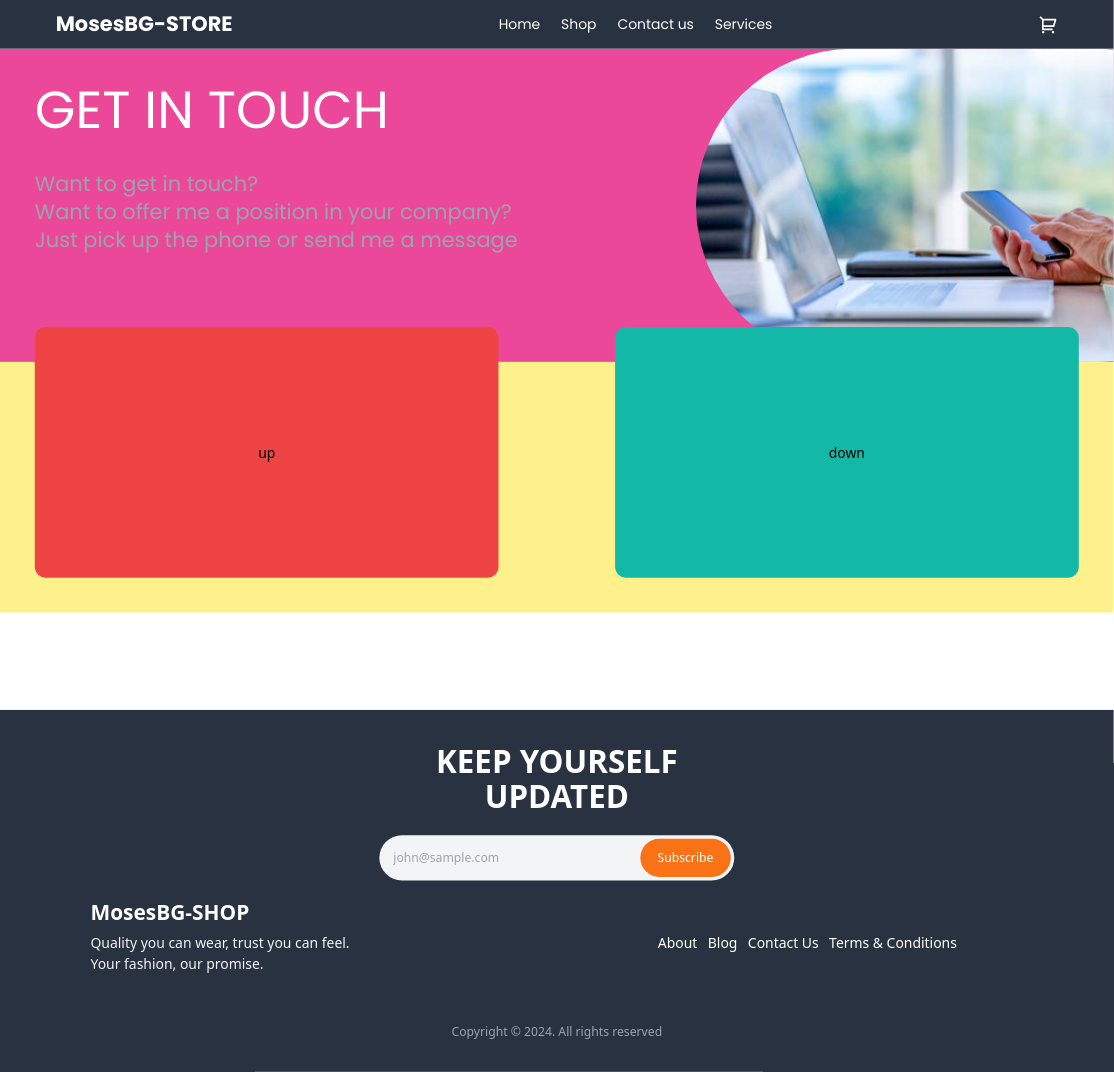
Repository: moshebengan/cart
Page: /fake-store/contact-us
The author's editor kept a copy of each file at every save. The page is drawn from the files as they stood at one save, then again after the next save.
The browser window is 1280 px wide. The pictures show the whole page, at 87% of full size.
The project was rebuilt for these pictures with package versions that can differ from the ones it lists, and the page was loaded fresh each time. Also part of the build but not shown: vite.config.js, src/components/Error.jsx, src/utils/data.js, src/utils/apiCalls.js, src/components/Loading.jsx, src/components/Products.jsx, src/pages/HomePage.jsx, src/components/EmptyCart.jsx and 4 more.

Above is the page before, as saved 2024-09-16 08:57:30.

### index.html
<!DOCTYPE html>
<html lang="en">
  <head>
    <meta charset="UTF-8" />
    <link rel="icon" type="image/svg+xml" href="/vite.svg" />
    <meta name="viewport" content="width=device-width, initial-scale=1.0" />
    <link rel="preconnect" href="https://fonts.googleapis.com" />
    <link rel="preconnect" href="https://fonts.gstatic.com" crossorigin />
    <link
      href="https://fonts.googleapis.com/css2?family=Poppins:ital,wght@0,100;0,200;0,300;0,400;0,500;0,600;0,700;0,800;0,900;1,100;1,200;1,300;1,400;1,500;1,600;1,700;1,800;1,900&display=swap"
      rel="stylesheet"
    />
    <title>MosesBG-SHOP</title>
  </head>
  <body>
    <div id="root"></div>
    <script type="module" src="/src/main.jsx"></script>
  </body>
</html>

### src/main.jsx
import { StrictMode } from 'react'
import { createRoot } from 'react-dom/client'

import './index.css'
import { createBrowserRouter, RouterProvider } from 'react-router-dom'
import routes from './routes.jsx'

const router = createBrowserRouter(routes)

createRoot(document.getElementById('root')).render(
  <StrictMode>
    <RouterProvider router={router} />
  </StrictMode>,
)

### src/index.css
@tailwind base;
@tailwind components;
@tailwind utilities;

body,
html {
  height: 100%;
  width: 100%;
}

.container {
  width: 90%;
  margin: auto;
}

### src/routes.jsx
import Error from "./components/Error";
import ContactUs from "./pages/ContactUs";
import HomePage from "./pages/HomePage";
import MyCart from "./pages/MyCart";
import NavigationBar from "./pages/NavigationBar";
import ShopPage from "./pages/ShopPage";


const routes = [
	{
		path: '/fake-store',
		element: <NavigationBar />,
		children: [
			{
				path:"home",
				element:<HomePage/>,
				errorElement: <Error/>
			},
			{ 	path: 'shop',
				 	element: <ShopPage />,
					errorElement: <Error/>

			},
			{
				path: 'cart',
				element: <MyCart />,
				errorElement: <Error/>
			},
			{
				path:'contact-us',
				element: <ContactUs/>,
				errorElement: <Error />
			}
		]

	},

];

export default routes

### src/pages/ContactUs.jsx
import Footer from "../components/Footer"


const ContactUs = () => {
  return (
    <>
    <div className="w-full h-screen flex flex-col overflow-x-hidden">
    <div className="bg-dark-blue w-full h-[50%] relative">
        <div className="h-full bg-pink-500 flex flex-col">
            <h3 className="text-white text-6xl ml-10 mt-10 font-poppins">GET IN TOUCH</h3>
            <h4 className="text-gray-400 text-2xl ml-10 mt-10 font-poppins">Want to get in touch? <br/>Want to offer me a position in your company?<br/>Just pick up the phone or send me a message</h4>
        </div>
      <img src="/public/contactus2.jpg" alt="" className="w-[50%] h-full absolute -right-40 top-0 rounded-full object-cover"  />
      </div>
      <div className="w-full h-[40%] bg-yellow-200 flex flex-row relative">
        <div className="absolute ml-10 w-5/12 h-full bg-red-500 left-0  -top-10 flex items-center justify-center rounded-xl" >up</div>
        <div className="absolute mr-10 w-5/12 h-full bg-teal-500 right-0 -top-10 flex items-center justify-center rounded-xl">down</div>
        {/* <div className="absolute -top-10 left-10 bg-yellow-300 flex-initial w-64">left</div>
        <div className="absolute -top-10 right-10 bg-pink-400 flex-initial w-32 ">right</div> */}
      </div>
      {/* <div className="bg-white w-full h-[10%]"></div> */}

    </div>

    <Footer/>

    </>
  )
}

export default ContactUs

### src/pages/NavigationBar.jsx
import { useState } from "react";
import { Link, Outlet } from "react-router-dom";
import { IoMdMenu, IoMdClose } from "react-icons/io";
import Cart from "../components/Cart";

const NavigationBar = () => {
  const [isOpen, setIsOpen] = useState(false);
  const [cartItems, setCartItems] = useState(0);

  const openNav = () => {
    setIsOpen(!isOpen);
  };

  const resetNav = () => {
    if (isOpen) setIsOpen(!isOpen);
  };

  return (
    <>
      <div className="w-full bg-dark-blue font-poppins">
        <div className="container">
          <nav className="py-3 flex justify-between items-center text-white">
            <h1 className="font-bold text-2xl">MosesBG-STORE</h1>
            <div className="hidden md:flex gap-6">
              <Link to={"/fake-store/home"}>Home</Link>
              <Link to={"/fake-store/shop"}>Shop</Link>
              <Link to={"/fake-store/contact-us"}>Contact us</Link>
              <Link>Services</Link>
            </div>
            <div className="flex flex-row items-center gap-5">
              <Cart resetNav={resetNav} items={cartItems} />
              <div className="z-50 md:hidden">
                <button className="flex items-center">
                  {isOpen ? (
                    <IoMdClose className="p1" onClick={openNav} />
                  ) : (
                    <IoMdMenu className="p1" onClick={openNav} />
                  )}
                </button>
              </div>
            </div>
          </nav>
          <div
            className={`container text-dark-blue ${
              isOpen ? "block" : "hidden"
            } `}
          >
            <div className="z-40 fixed top-0 left-0 bottom-0 w-full bg-dark-blu opacity-35"></div>
            <nav className="z-50 fixed top-0 left-0 bottom-0 flex flex-col gap-10 w-5/6 max-w-sm py-6 px-6 bg-[#F8F8F8] overflow-y-auto">
              <div>
                <h1 className="font-bold text-3xl">MosesBG-SHOP</h1>
                <hr className="h-px mt-3 bg-gray-200 border-0" />
              </div>
              <div className="flex flex-col gap-5">
                <Link
                  to={"/fake-store"}
                  className="nav-item-hover"
                  onClick={resetNav}
                >
                  Home
                </Link>
                <Link
                  to={"/fake-store/shop"}
                  className="nav-item-hover"
                  onClick={resetNav}
                >
                  Shop
                </Link>
                <Link className="nav-item-hover">Contact Us</Link>
                <Link className="nav-item-hover">Services</Link>
                <hr className="h-px mt-3 bg-gray-200 border-0" />
              </div>
            </nav>
          </div>
        </div>
      </div>
      <div className="h-screen w-auto">
        <Outlet context={[cartItems, setCartItems]} />
      </div>
    </>
  );
};

export default NavigationBar;

### src/components/Footer.jsx
import { Link } from "react-router-dom";

const Footer = () => {
  return (
    <footer className="w-full h-auto bg-dark-blue mt-10 pb-5">
      <div className="mx-auto max-w-md text-center p-5">
        <h1 className="font-bold text-4xl text-white mt-5 mb-3">
          KEEP YOURSELF UPDATED
        </h1>
        <form className="mt-6">
          <div className="relative max-w-lg">
            <label className="sr-only" htmlFor="email">
              Email
            </label>
            <input
              type="email"
              name="email"
              id="email"
              placeholder="john@sample.com"
              className="w-full rounded-full border-gray-200 bg-gray-100 p-4 pe-32 text-sm font-medium focus:outline-none"
            />
            <button className="absolute end-1 top-1/2 -translate-y-1/2 rounded-full bg-orange-500 px-5 py-3 text-sm font-medium text-white hover:bg-orange-900">
              Subscribe
            </button>
          </div>
        </form>
      </div>
      <div className="container grid grid-cols-1 text-white my-10 md:grid-cols-2">
        <div className="w-full flex flex-col px-10 md:text-left ">
          <h1 className="font-bold text-2xl mb-2">MosesBG-SHOP</h1>
          <p className="mb-4 text-base text-gray-100">
          Quality you can wear, trust you can feel. <br />
          Your fashion, our promise.
          </p>
        </div>
        <div className="w-full flex justify-center items-center gap-6 flex-wrap md:gap-3">
          <Link>About</Link>
          <Link>Blog</Link>
          <Link>Contact Us</Link>
          <Link>Terms & Conditions</Link>
        </div>
      </div>
      <p className="mt-10 mb-4 text-sm text-gray-400 text-center">
        Copyright © 2024. All rights reserved
      </p>
    </footer>
  );
};

export default Footer;

### src/components/Cart.jsx
import { RiShoppingCart2Line } from "react-icons/ri";
import { Link } from "react-router-dom";

const Cart = ({ resetNav, items }) => {
  return (
    <Link to={"/fake-store/cart"} onClick={resetNav}>
      <div className="relative">
        <RiShoppingCart2Line size={"1.4em"} />
        <span className="absolute text-xs bg-orange-500 p-0.3 px-1 text-red-50 rounded-full -top-1.5 left-4">
          {items > 0 ? items : ""}
        </span>
      </div>
    </Link>
  );
};

export default Cart;

### tailwind.config.js
/** @type {import('tailwindcss').Config} */
export default {
  content: [
    "./index.html",
    "./src/**/*.{js,ts,jsx,tsx}",
  ],
  theme: {
    fontFamily: {
      poppins: ["Poppins", "sans-serif"]
    },
    extend: {
      backgroundImage: {
        "homepage-image": "url('/public/bghomepage.jpg')",
        "homepage-darker": "url('/public/darkerbg.jpg')",
        "contact-us-image": "url('/public/contactus.jpg')"
      },
      colors: {
      "dark-blue": "#293241"
    },
    keyframes: {
      'fade-in-out': {
        '0%': { opacity: '0', transform: 'scale(0.95)' },
        '100%': { opacity: '1', transform: 'scale(1)' },
      },
    },
    animation: {
      'fade-in-out': 'fade-in-out 0.5s ease-in-out', // Customize duration and easing
    },
  }
  },
  plugins: [],
}

After the next save:
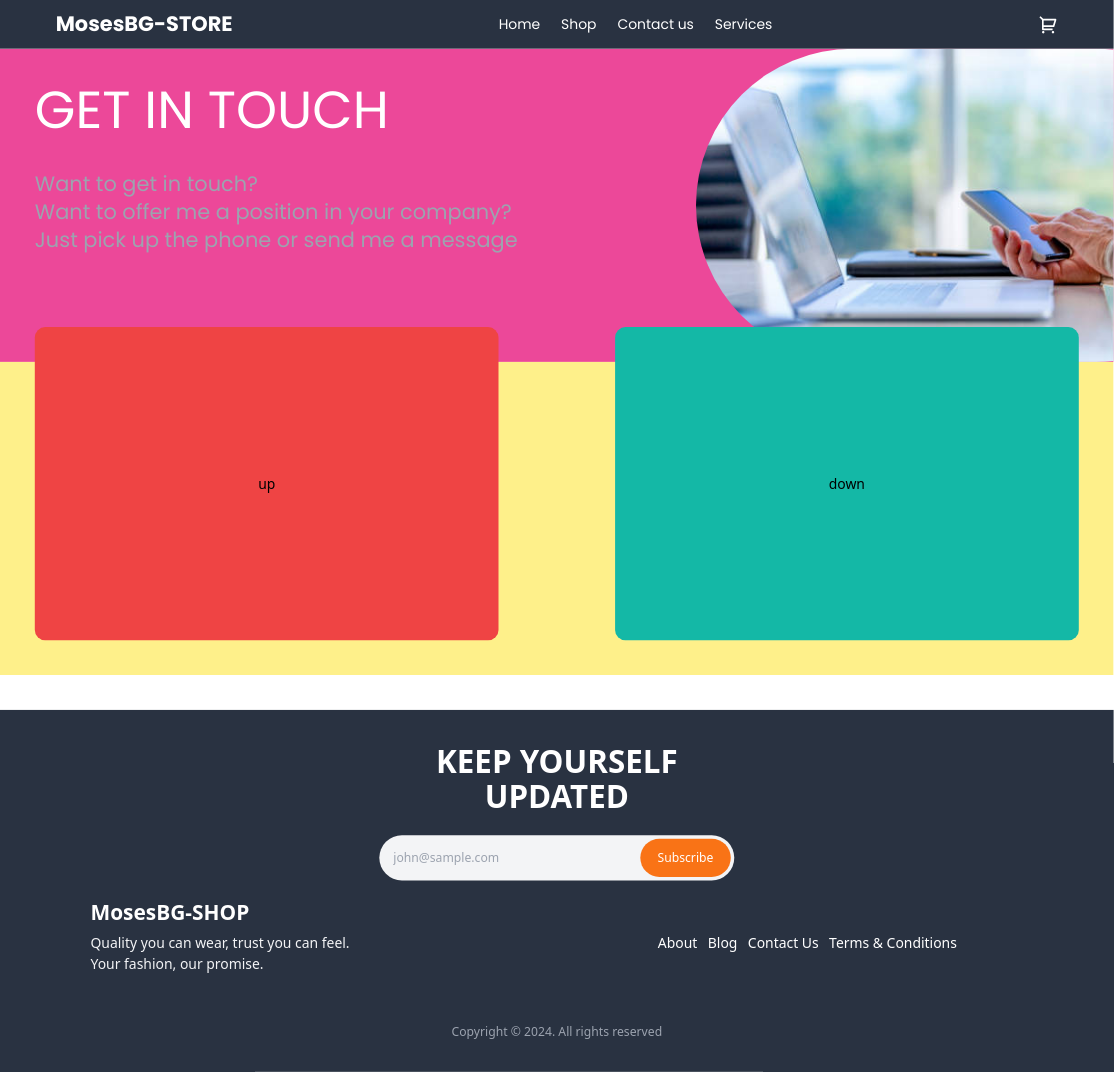
Saved 50 s later.
--- a/src/pages/ContactUs.jsx
+++ b/src/pages/ContactUs.jsx
@@ -12,7 +12,7 @@ const ContactUs = () => {
         </div>
       <img src="/public/contactus2.jpg" alt="" className="w-[50%] h-full absolute -right-40 top-0 rounded-full object-cover"  />
       </div>
-      <div className="w-full h-[40%] bg-yellow-200 flex flex-row relative">
+      <div className="w-full h-[50%] bg-yellow-200 flex flex-row relative">
         <div className="absolute ml-10 w-5/12 h-full bg-red-500 left-0  -top-10 flex items-center justify-center rounded-xl" >up</div>
         <div className="absolute mr-10 w-5/12 h-full bg-teal-500 right-0 -top-10 flex items-center justify-center rounded-xl">down</div>
         {/* <div className="absolute -top-10 left-10 bg-yellow-300 flex-initial w-64">left</div>
